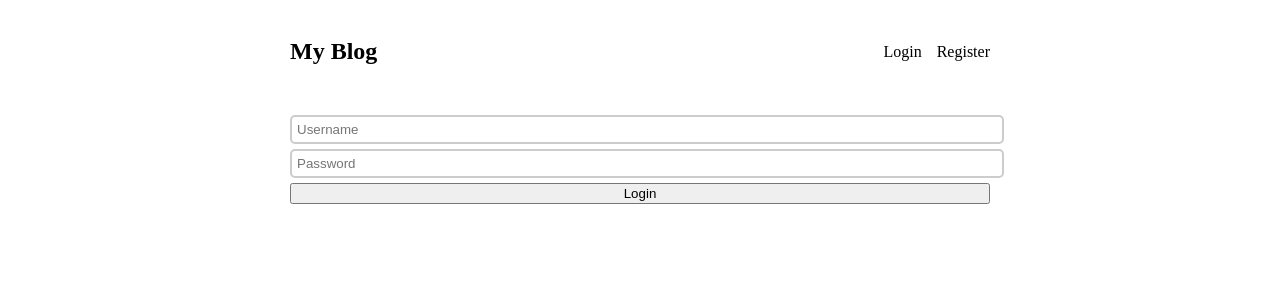
Repository: AtenaHatta/blog-app
Page: /login (app in client/vite-project/)
The author's editor kept a copy of each file at every save. The page is drawn from the files as they stood at one save, then again after the next save.
The browser window is 1280 px wide. The pictures show the whole page.
The project was rebuilt for these pictures with package versions that can differ from the ones it lists, and the page was loaded fresh each time. Also part of the build but not shown: client/vite-project/src/Post.jsx, client/vite-project/src/pages/IndexPage.jsx, client/vite-project/src/pages/RegisterPage.jsx, client/vite-project/src/index.css.

Above is the page before, as saved 2023-05-23 23:01:25.

### client/vite-project/src/App.jsx
import './App.css'
import Post from './Post'
import Header from './Header'
import Layout from '@/Layout'
import IndexPage from '@/pages/IndexPage'
import LoginPage from '@/pages/LoginPage'
import RegisterPage from '@/pages/RegisterPage'
import { Routes, Route } from 'react-router-dom'

function App() {

  return (
    <Routes>
    <Route path='/' element={<Layout />} >
      <Route index element={<IndexPage />} />
      <Route path='/login' element={<LoginPage />} />
      <Route path='/register' element={<RegisterPage />}/>
      </Route>
    </Routes>
  )
}

export default App

### client/vite-project/src/App.css
body{
  background-color: white;
  color: black;
}

img{
  max-width: 100%;
}

main{
  padding: 10px;
  max-width: 700px;
  margin: 0 auto;
}

header{
  display: flex;
  justify-content: space-between;
  margin-top: 20px;
  margin-bottom: 50px;
  align-items: center;
}

header a{
  text-decoration: none;
  color: inherit;
}

header a.logo{
  font-weight: bold;
  font-size: 1.5rem;
}

header nav{
  display: flex;
  gap: 15px;
}

div.post{
  display: grid;
  grid-template-columns: 0.9fr 1.1fr;
  gap: 20px;
  margin-bottom: 30px;
}

div.post div.texts h2{
  margin: 0;
  font-size: 1.8rem;
}

div.post p.info{
  margin: 6px 0;
  color: #888;
  font-size: 0.7rem;
  font-weight:  bold;
  display: flex;
  gap: 10px;
}

div.post info a.author{
  color: #333;
}

div.post p.summary{
  margin: 10px 0;
  line-height: 1.4rem;
}

form.login, form.register{
  max-width: 400px;
  margin: 0 auto;
}

input{
  display: block;
  margin-bottom:  5px;
  width: 100%;
  padding: 5px;
  border: 2px solid #ccc;
  border-radius: 5px;
  background-color: #fff;
}

button{
  width: 100%;
  display: block;
}

### client/vite-project/src/Header.jsx
export default function Header() {

    return(
        <header>
        <a href='' className='logo'>My Blog</a>
        <nav>
          <a href=''>Login</a>
          <a href=''>Register</a>
        </nav>
      </header>
    )
}

### client/vite-project/src/Layout.jsx
import Header from './Header';
import { Outlet } from 'react-router-dom';

export default function Layout(){
    return(
    <main>
        <Header />
        <Outlet />
    </main>
    );
}

### client/vite-project/src/pages/LoginPage.jsx
export default function LoginPage() {
    return(
        <div>
            <form action='login'>
                <input type="text" placeholder="Username" />
                <input type="password" placeholder="Password" />
                <button>Login</button>
            </form>
        </div>
    )
}

Loaded but not shown: client/vite-project/index.html (common file); client/vite-project/src/main.jsx (common file)

After the next save:
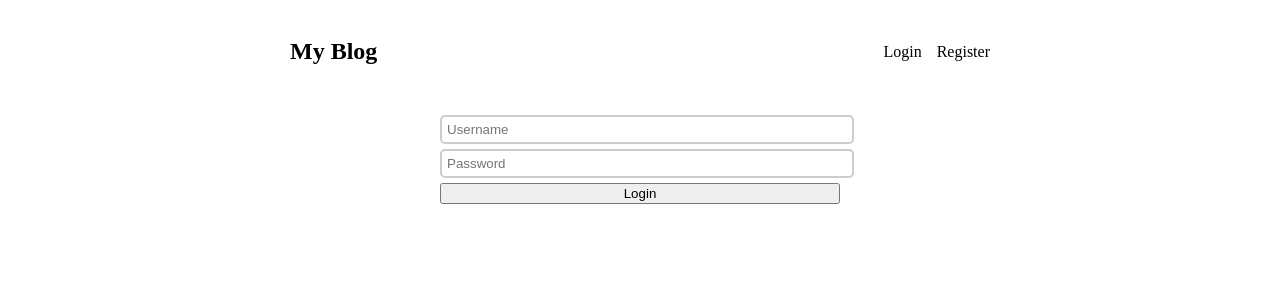
Saved 32 s later.
--- a/client/vite-project/src/pages/LoginPage.jsx
+++ b/client/vite-project/src/pages/LoginPage.jsx
@@ -1,7 +1,7 @@
 export default function LoginPage() {
     return(
         <div>
-            <form action='login'>
+            <form className='login'>
                 <input type="text" placeholder="Username" />
                 <input type="password" placeholder="Password" />
                 <button>Login</button>
